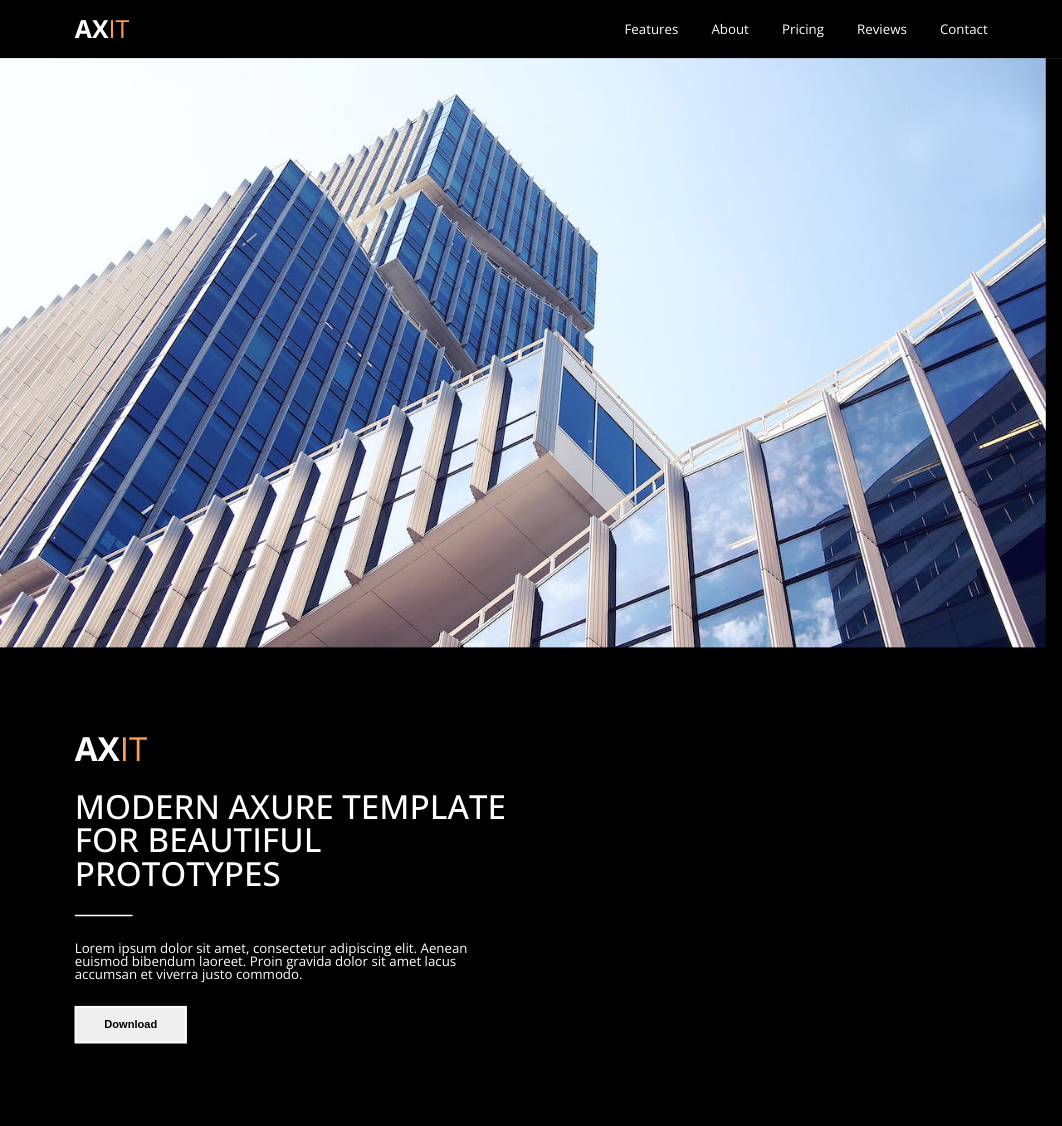
Repository: dinhtri123/axureThems
Page: index.html
The author's editor kept a copy of each file at every save. The page is drawn from the files as they stood at one save, then again after the next save.
The browser window is 1280 px wide. The pictures show the whole page, at 83% of full size.

Above is the page before, as saved 2023-02-11 15:05:11.

After the next save:
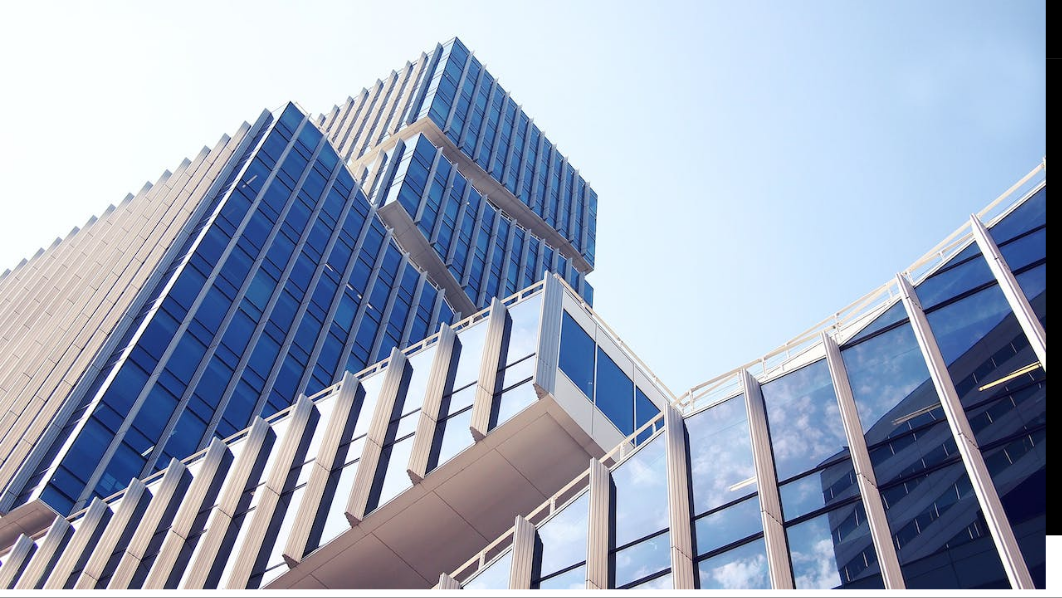
Saved 5 s later.
--- a/style.css
+++ b/style.css
@@ -70,7 +70,9 @@ nav ul li a{
     background:var(--bg-black);
 }
 .imageBanner{
-    position: ab;
+    position: absolute;
+    inset:0;
+
 }
 .bannerMain{
     padding:100px 0px;
